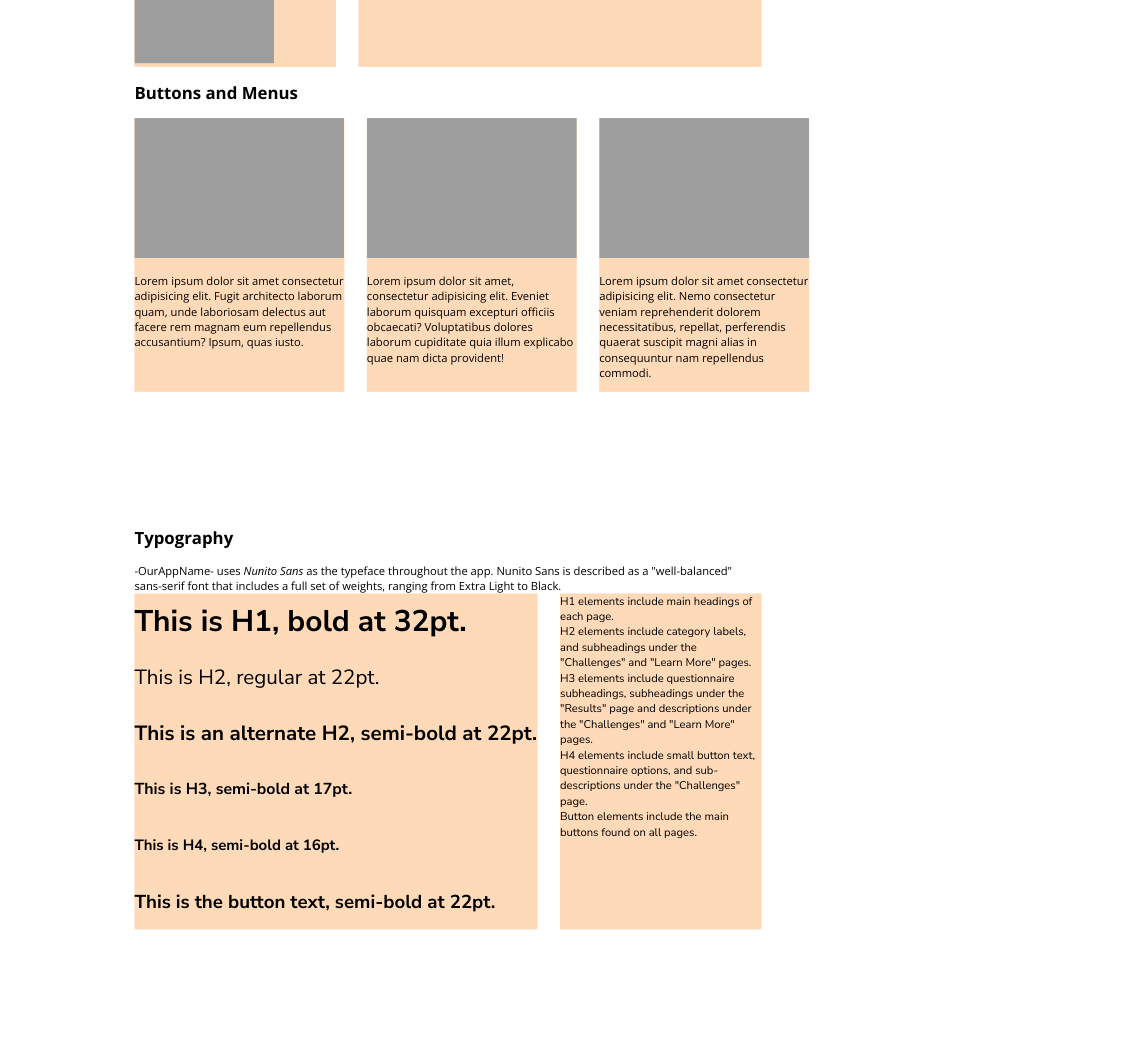
Repository: seohyun9672/Timearth-A6Styleguide
Page: page2.html
These files come from the project's save history. The page is drawn as it stood at one moment and after the next save; the edit follows.
The browser window is 1280 px wide. The page is 1632 px wide, so the pictures cover 1632 px, including what lies to the right of the window. The pictures show the part of the page from y = 1064 to 2584 px (the page is 2584 px tall before and 2488 px after), at 70% of full size.
Pictures or frames that could not be fetched are drawn as grey boxes.

Above is the page before, as saved 2022-03-20 20:07:36.

### page2.html
<!DOCTYPE html>
<html lang="en">
  <head>
    <meta charset="UTF-8" />
    <meta http-equiv="X-UA-Compatible" content="IE=edge" />
    <meta name="viewport" content="width=device-width, initial-scale=1.0" />
    <title>Document</title>
    <link rel="stylesheet" href="stylesheet.css" />
  </head>

  <body>
    <ul class="navbar">
      <li><a href="/page1.html">App Name</a></li>
      <div class="navbar-active">
        <li><a href="/page1.html">Logo</a></li>
        <li><a href="/page2.html">Colour & Typography</a></li>
        <li><a href="/page3.html">Imagery & Graphics</a></li>
        <li><a href="/ref.html">Reference</a></li>
      </div>
    </ul>
    <section class="color-palette page2">
      <h1>Color Palette</h1>
      <img class="palette" src="https://placekitten.com/1440/100" />
      <div>
        <h2>Description of colour palette</h2>
        <p>
          Lorem ipsum dolor sit amet, consectetur adipisicing elit. Culpa neque
          mollitia quae asperiores ad odit vitae iste minima totam harum
          distinctio qui beatae ea ut et adipisci, excepturi at iusto
          reprehenderit reiciendis fugit fuga nisi. Eligendi ut magni adipisci
          nulla architecto reprehenderit? Nemo eos accusamus optio nobis
          distinctio veritatis eius.
        </p>
      </div>
      <div></div>
      <div class="col-2">
        <div class="col">
          <img src="https://placekitten.com/200/600" />
        </div>
        <div class="col">Lorem ipsum dolor sit amet consectetur adipisicing elit. Corrupti laudantium illo iure alias recusandae accusamus reiciendis consequatur aliquid sint veritatis modi dolores, eveniet porro tempore similique aspernatur. Quas, hic quo sed necessitatibus illum suscipit molestiae consequuntur sit provident nobis ullam repellat obcaecati ipsa quos in cumque mollitia eius ratione facilis ut libero laboriosam tempora eum sint! Nisi sapiente veritatis ad iure esse magni reprehenderit odio non perferendis, sed recusandae beatae corporis quasi ipsam assumenda unde!</div>
      </div>
      <h2>Buttons and Menus</h2>
      <div class="col-3">
        <div class="col">
          <img src="https://placekitten.com/300/200" />
          <p>
            Lorem ipsum dolor sit amet consectetur adipisicing elit. Fugit
            architecto laborum quam, unde laboriosam delectus aut facere rem
            magnam eum repellendus accusantium? Ipsum, quas iusto.
          </p>
        </div>
        <div class="col">
          <img src="https://placekitten.com/300/200" />
          <p>
            Lorem ipsum dolor sit amet, consectetur adipisicing elit. Eveniet
            laborum quisquam excepturi officiis obcaecati? Voluptatibus dolores
            laborum cupiditate quia illum explicabo quae nam dicta provident!
          </p>
        </div>
        <div class="col">
          <img src="https://placekitten.com/300/200" />
          <p>
            Lorem ipsum dolor sit amet consectetur adipisicing elit. Nemo
            consectetur veniam reprehenderit dolorem necessitatibus, repellat,
            perferendis quaerat suscipit magni alias in consequuntur nam
            repellendus commodi.
          </p>
        </div>
      </div>
    </section>
    <section class="typo page2">
      <h1>Typography</h1>
      <div>
        -OurAppName- uses <em>Nunito Sans</em> as the typeface throughout the
        app. Nunito Sans is described as a "well-balanced" sans-serif font that includes a full set of weights, ranging from Extra Light to Black.
      </div>
      <div class="col-2-font">
        <div class="col nunito example">
            <div class="nh1">This is H1, bold at 32pt.</div>

            <div class="nh2">This is H2, regular at 22pt.</div>

            <div class="nh2-2">This is an alternate H2, semi-bold at 22pt.</div>

            <div class="nh3">This is H3, semi-bold at 17pt.</div>

            <div class="nh4">This is H4, semi-bold at 16pt.</div>

            <div class="nbtn">This is the button text, semi-bold at 22pt.</div>
        </div>
        <div class="col nunito">
          H1 elements include main headings of each page. <br>
          H2 elements include category labels, and subheadings under the "Challenges" and "Learn More" pages.<br>
          H3 elements include questionnaire subheadings, subheadings under the "Results" page and descriptions under the "Challenges" and "Learn More" pages. <br>
          H4 elements include small button text, questionnaire options, and sub-descriptions under the "Challenges" page. <br>
          Button elements include the main buttons found on all pages. <br>
        </div>
      </div>
    </section>
  </body>
</html>

### stylesheet.css
/* import fonts */
@import url('https://fonts.googleapis.com/css2?family=Nunito+Sans:ital,wght@0,200;0,300;0,400;0,600;0,700;0,800;0,900;1,200;1,300;1,400;1,600;1,700;1,800;1,900&family=Open+Sans:ital,wght@0,300;0,400;0,500;0,600;0,700;0,800;1,300;1,400;1,500;1,600;1,700;1,800&display=swap');

body{
    margin: 0;
    font-family: 'open sans', san-serif;
  }

/* NAVBAR */

ul {
  list-style-type: none;
  margin: 0;
  padding: 0;
  overflow: hidden;
  background-color: #333;
}

li {
  float: left;
}

li a {
  display: block;
  color: white;
  text-align: center;
  padding: 14px 16px;
  text-decoration: none;
}

li a:hover {
  background-color: #111;
}

.navbar-active{
    float: right;
}

/* LOGO */

.section-logo {
    display: flex;
    flex-direction: column;
    justify-content: flex-start;
    align-items: center;
}

.logo-description {
    display: flex;
}
.logo-variation {
    display: flex;
    justify-content: space-evenly;
}

.logo-colourpalette {
    display: flex;
    width: 100%;
    justify-content: space-between;
}

.section-cont {
    width: 940px;
}
.colour-cont {
    display: flex;
    flex-direction: column;
}
.colour-name {
    font-weight: bold;
}

.logo-typography {
    display: flex;
}

.logo-usage {
    display: flex;
    flex-direction: column;
}

.logo-usage-desc {
    display: flex;
}

.section-cont colour {
    display: flex;
}

/* page 2 */

.page2 {
    margin:12em;
}
.col-3 {
    display:grid;
    grid-template-columns: 1fr 1fr 1fr;
    grid-gap:2em;
}
.col-2 {
    display:grid;
    grid-template-columns: 1fr 2fr;
    grid-gap:2em;
}
.col-2-font {
    display:grid;
    grid-template-columns: 2fr 1fr;
    grid-gap:2em;
}
.col {
    background-color:peachpuff;
}
.nunito {
    font-family: 'nunito sans', Arial, Helvetica, sans-serif;
}
.nh1 {
    font-weight: bold;
    font-size:32pt;
}
.nh2 {
    font-size:22pt;
}
.nh2-2 {
    font-size:22pt;
    font-weight:bolder;
}
.nh3 {
    font-size:17pt;
    font-weight:bolder;
}
.nh4 {
    font-size:16pt;
    font-weight:bolder;
}
.nbtn {
    font-size:20pt;
    font-weight:bolder;
}
.example {
    line-height:5em;
}

After the next save:
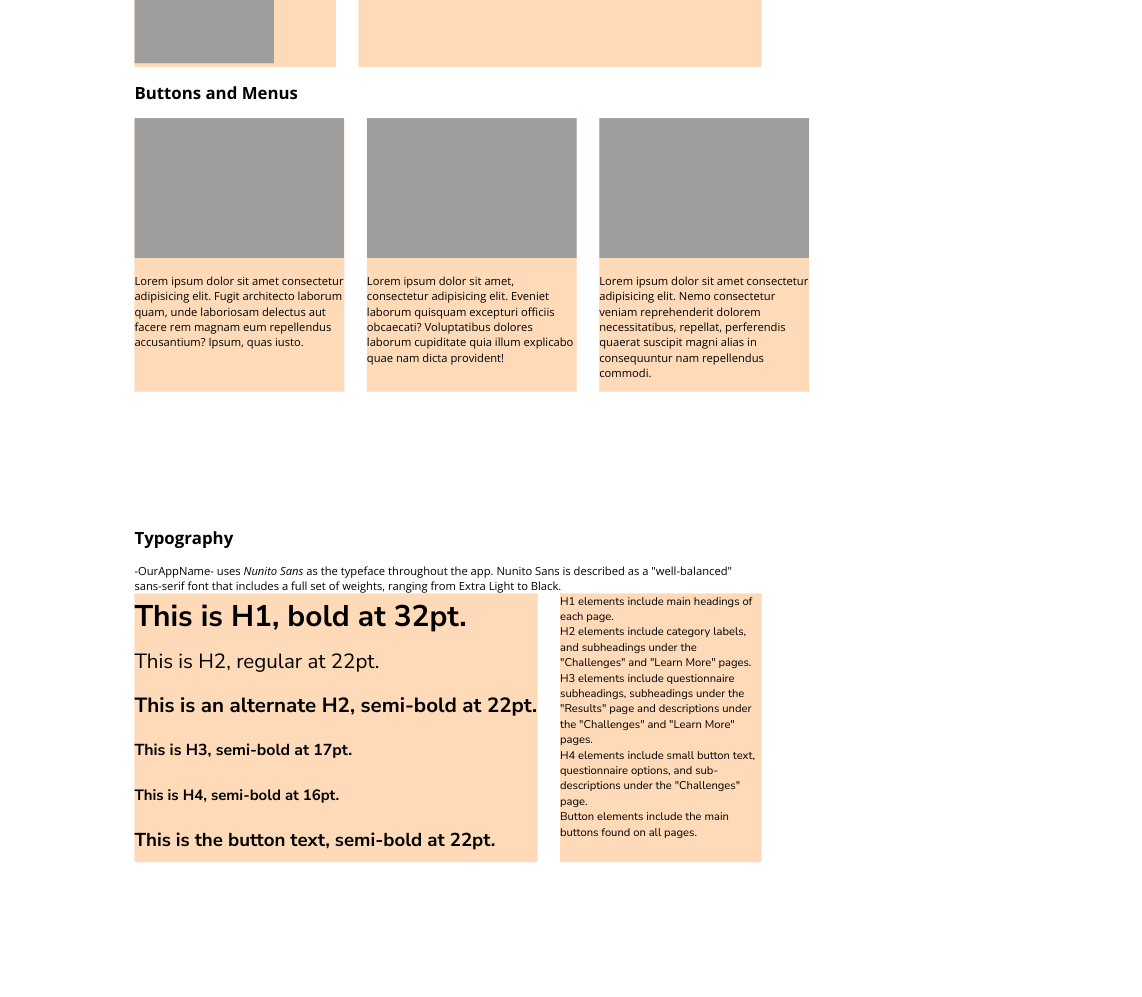
Saved 5 s later.
--- a/stylesheet.css
+++ b/stylesheet.css
@@ -137,5 +137,5 @@ li a:hover {
     font-weight:bolder;
 }
 .example {
-    line-height:5em;
+    line-height:4em;
 }
